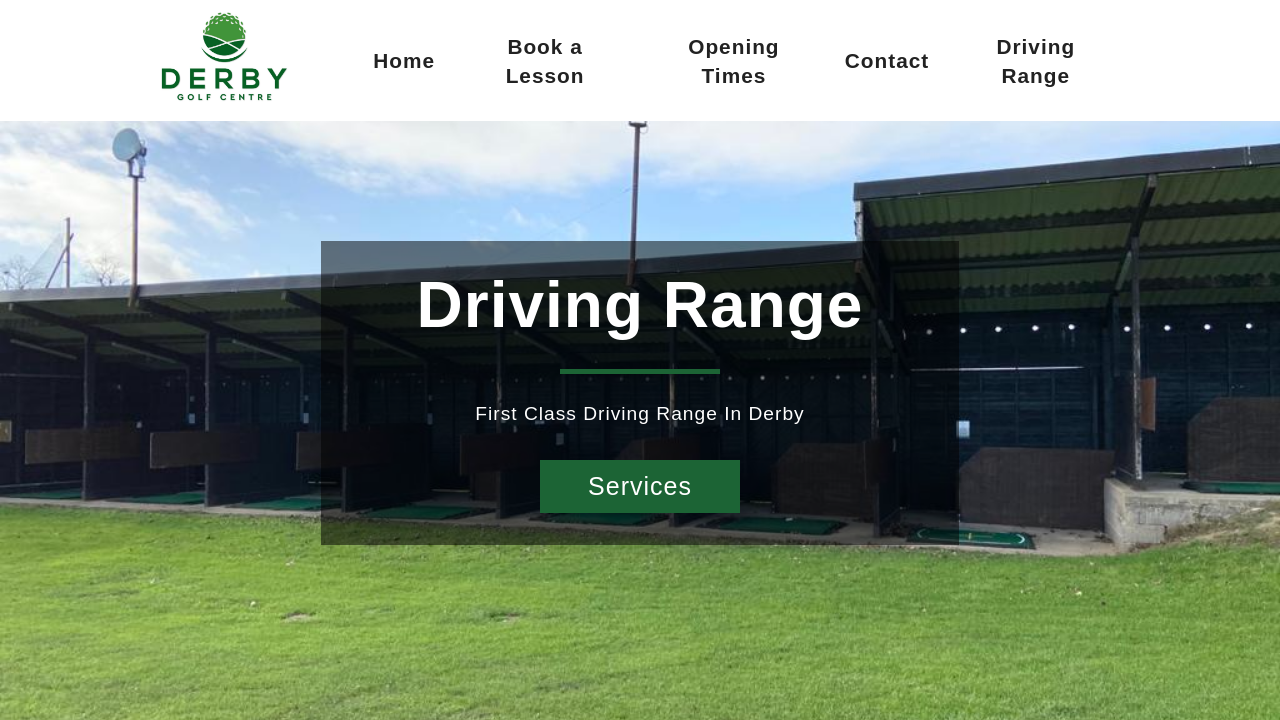
Repository: frankinstyyn/nigeljamesconsulting
Page: /
An editor plug-in stored every save of this project. The page is shown before and after the next save, followed by the edit.
The browser window is 1280 px wide. The pictures show the whole page.
Some web fonts or font styles are not loaded; a fallback is used. The project was rebuilt for these pictures with package versions that can differ from the ones it lists, and the page was loaded fresh each time. Also part of the build but not shown: src/pages/Rooms.js, src/pages/SingleRoom.js, src/pages/Error.js.

Above is the page before, as saved 2021-01-07 22:11:35.

### public/index.html
<!DOCTYPE html>
<html lang="en">
  <head>
    <meta charset="utf-8" />
    <link rel="icon" href="%PUBLIC_URL%/favicon.ico" />
    <meta name="viewport" content="width=device-width, initial-scale=1" />
    <meta name="theme-color" content="#000000" />
    <meta
      name="description"
      content="Web site created using create-react-app"
    />
    <link rel="apple-touch-icon" href="%PUBLIC_URL%/logo192.png" />
    <!--
      manifest.json provides metadata used when your web app is installed on a
      user's mobile device or desktop. See https://developers.google.com/web/fundamentals/web-app-manifest/
    -->
    <link rel="manifest" href="%PUBLIC_URL%/manifest.json" />
    <!--
      Notice the use of %PUBLIC_URL% in the tags above.
      It will be replaced with the URL of the `public` folder during the build.
      Only files inside the `public` folder can be referenced from the HTML.

      Unlike "/favicon.ico" or "favicon.ico", "%PUBLIC_URL%/favicon.ico" will
      work correctly both with client-side routing and a non-root public URL.
      Learn how to configure a non-root public URL by running `npm run build`.
    -->
    <title>Derby Golf Centre</title>
  </head>
  <body>
    <noscript>You need to enable JavaScript to run this app.</noscript>
    <div id="root"></div>
    <!--
      This HTML file is a template.
      If you open it directly in the browser, you will see an empty page.

      You can add webfonts, meta tags, or analytics to this file.
      The build step will place the bundled scripts into the <body> tag.

      To begin the development, run `npm start` or `yarn start`.
      To create a production bundle, use `npm run build` or `yarn build`.
    -->
  </body>
</html>

### src/index.js
import React from "react";
import ReactDOM from "react-dom";
import "./index.css";
import { BrowserRouter as Router } from "react-router-dom";
import App from "./App";
import reportWebVitals from "./reportWebVitals";

ReactDOM.render(
  <Router>
    <App />
  </Router>,
  document.getElementById("root")
);

// If you want to start measuring performance in your app, pass a function
// to log results (for example: reportWebVitals(console.log))
// or send to an analytics endpoint. Learn more: https://bit.ly/CRA-vitals
reportWebVitals();

### src/index.css
@import url("https://fonts.googleapis.com/css2?family=Darker+Grotesque:wght@300;800&display=swap");

body {
  margin: 0;
  font-family: -apple-system, BlinkMacSystemFont, "Segoe UI", "Roboto", "Oxygen",
    "Ubuntu", "Cantarell", "Fira Sans", "Droid Sans", "Helvetica Neue",
    sans-serif;
  -webkit-font-smoothing: antialiased;
  -moz-osx-font-smoothing: grayscale;
}

code {
  font-family: source-code-pro, Menlo, Monaco, Consolas, "Courier New",
    monospace;
}

### src/App.js
import "./App.css";
import Home from "./pages/Home";
import Rooms from "./pages/Rooms";
import SingleRoom from "./pages/SingleRoom";
import Error from "./pages/Error";

import { Route, Switch } from "react-router-dom";

import Navbar from "./components/Navbar";

function App() {
  return (
    <>
      <Navbar />
      <Switch>
        <Route exact path="/" component={Home} />
        <Route exact path="/rooms" component={Rooms} />
        <Route exact path="/rooms/:slug" component={SingleRoom} />
        <Route component={Error} />
      </Switch>
    </>
  );
}

export default App;

### src/App.css
* {
  margin: 0;
  padding: 0;
  box-sizing: border-box;
  font-family: "Darker Grotesque", sans-serif;
}
:root {
  --primaryColor: #1c6435;
  --mainWhite: #fff;
  --offWhite: #f7f7f7;
  --mainBlack: #222;
  --mainGrey: #ececec;
  --darkGrey: #cfcfcf;
  --mainTransition: all 0.3s linear;
  --mainSpacing: 1px;
  --lightShadow: 2px 5px 3px 0px rgba(0, 0, 0, 0.5);
  --darkShadow: 4px 10px 5px 0px rgba(0, 0, 0, 0.5);
}
/* globals */
body {
  padding-top: 66px;
  color: var(--mainBlack);
  background: var(--mainWhite);
  font-family: Verdana, Geneva, Tahoma, sans-serif;
  line-height: 1.4;
}
h1 {
  font-size: 3em;
  line-height: 1;
  margin-bottom: 0.5em;
}
h2 {
  font-size: 2em;
  margin-bottom: 0.75em;
}
h3 {
  font-size: 1.5em;
  line-height: 1;
  margin-bottom: 1em;
}
h4 {
  font-size: 1.2em;
  line-height: 1.25;
  margin-bottom: 1.25em;
}
h5 {
  font-size: 1em;
  font-weight: bold;
  margin-bottom: 1.5em;
}
h6 {
  font-size: 1em;
  font-weight: bold;
  margin-bottom: 1.5em;
}

.btn-primary {
  display: inline-block;
  text-decoration: none;
  letter-spacing: var(--mainSpacing);
  color: var(--mainWhite);
  background: var(--primaryColor);
  padding: 0.4rem 0.9rem;
  border: 3px solid var(--primaryColor);
  transition: var(--mainTransition);
  /* text-transform: uppercase; */
  cursor: pointer;
  width: 200px;
  font-size: 25px;
}
.btn-primary:hover {
  background: transparent;
  color: var(--primaryColor);
}
.loading {
  text-transform: capitalize;
  text-align: center;
  margin-top: 3rem;
}
.error {
  text-align: center;
  text-transform: uppercase;
  margin: 2rem 0;
}
.empty-search {
  text-align: center;
  text-transform: capitalize;
  margin: 2rem 0;
  padding: 1rem;
  letter-spacing: var(--mainSpacing);
}
/* end of globals */
/* Navbar */
.logo {
  height: 91px;
}
.navbar {
  position: fixed;
  top: 0;
  left: 0;
  width: 100%;
  padding: 0.75rem 2rem;
  background: var(--mainWhite);
  z-index: 1;
  display: inline-block;
  vertical-align: middle;
  text-align: center;
}
.nav-header {
  display: flex;
  justify-content: space-between;
}
.nav-btn {
  background: transparent;
  border: none;
  cursor: pointer;
  outline: none;
  color: red;
}
.nav-icon {
  font-size: 1.5rem;
  color: var(--primaryColor);
}
.nav-links {
  height: 0;
  overflow: hidden;
  transition: var(--mainTransition);
  list-style-type: none;
  align-items: center;
}
.nav-links a {
  display: block;
  text-decoration: none;
  padding: 1rem 0;
  color: var(--mainBlack);
  transition: var(--mainTransition);
  text-align: center;
  font-size: 1.3rem;
  font-weight: 600;
  letter-spacing: var(--mainSpacing);
}
.nav-links a:hover {
  color: var(--primaryColor);
}

.show-nav {
  height: 100px;
}
@media screen and (min-width: 768px) {
  .nav-btn {
    display: none;
  }
  .nav-center {
    max-width: 1170px;
    margin: 0 10%;
    display: flex;
  }
  .nav-links {
    height: auto;
    display: flex;
    margin-left: 4rem;
  }
  .nav-links a {
    margin: 0 1rem;
    padding: 0.5rem 0;
  }
}
/* end of navbar */
/* Hero */
.defaultHero,
.roomsHero {
  min-height: calc(100vh - 66px);
  background: url("./images/defaultBcg.jpeg") center/cover no-repeat;
  display: flex;
  align-items: center;
  justify-content: center;
}
.roomsHero {
  background-image: url("./images/room-2.jpeg");
  min-height: 60vh;
}
/* End of Hero */
/* Banner */
.banner {
  display: inline-block;
  background: rgba(0, 0, 0, 0.5);
  color: var(--mainWhite);
  padding: 2rem 1rem;
  text-align: center;
  text-transform: capitalize;
  letter-spacing: var(--mainSpacing);
}
.banner h1 {
  font-size: 2.5rem;
}
.banner div {
  width: 10rem;
  height: 5px;
  background: var(--primaryColor);
  margin: 1.7rem auto;
}
.banner p {
  font-size: 1.2rem;
  margin-bottom: 2rem;
}
@media screen and (min-width: 576px) {
  .banner {
    padding: 2rem 3rem;
  }
  .banner h1 {
    font-size: 3rem;
  }
}
@media screen and (min-width: 992px) {
  .banner {
    padding: 2rem 6rem;
  }
  .banner h1 {
    font-size: 4rem;
  }
}
/* End of Banner */
/* Title */
.section-title {
  text-align: center;
  margin-bottom: 4rem;
}
.section-title h4 {
  font-size: 2rem;
  letter-spacing: var(--mainSpacing);
  text-transform: capitalize;
  margin-bottom: 1rem;
}
.section-title div {
  width: 5rem;
  height: 5px;
  margin: 0 auto;
  background: var(--primaryColor);
}
/* end of Title */

/* services */
.services {
  padding: 5rem 0;
}
.services {
  background: var(--darkGrey);
  text-align: center;
}
.services-center {
  width: 90vw;
  margin: 0 auto;
  display: grid;
  grid-template-columns: repeat(auto-fit, minmax(255px, 1fr));
  grid-row-gap: 2rem;
  grid-column-gap: 50px;
}
.service span {
  display: inline-block;
  color: var(--primaryColor);
  font-size: 2.5rem;
  margin-bottom: 1.5rem;
}
.services h6 {
  letter-spacing: var(--mainSpacing);
}
.services p {
  width: 80%;
  margin: 0 auto;
}
@media screen and (min-width: 992px) {
  .services-center {
    width: 95vw;
    max-width: 1170px;
  }
}

@media screen and (min-width: 1200px) {
  .services p {
    width: 100%;
  }
}
/*end of services */
/* featured rooms */

.featured-rooms {
  padding: 5rem 0;
}
.featured-rooms-center {
  width: 80vw;
  margin: 0 auto;
  display: grid;
  grid-template-columns: repeat(auto-fit, minmax(270px, 1fr));
  grid-row-gap: 2rem;
  grid-column-gap: 40px;
}
@media screen and (min-width: 776px) {
  .featured-rooms-center {
    width: 90vw;
    grid-template-columns: repeat(auto-fit, minmax(330px, 1fr));
  }
}
@media screen and (min-width: 992px) {
  .featured-rooms-center {
    width: 95vw;
    max-width: 1170px;
  }
}
/* end pf featured rooms */
/* room */
.room {
  box-shadow: var(--lightShadow);
  transition: var(--mainTransition);
}
.room:hover {
  box-shadow: var(--darkShadow);
}

.img-container {
  position: relative;
}
.img-container img {
  width: 100%;
  display: block;
  transition: var(--mainTransition);
}
.price-top {
  position: absolute;
  top: 0;
  left: 0;
  background: rgba(0, 0, 0, 0.8);
  color: var(--mainWhite);
  padding: 0.3rem 0.6rem 0.5rem;
  border-bottom-right-radius: 1rem;
  font-size: 0.5rem;
  text-align: center;
  transition: var(--mainTransition);
}
.price-top h6 {
  margin-bottom: 0;
  font-size: 0.9rem;
  font-weight: 300;
  letter-spacing: var(--mainSpacing);
}
.room-link {
  position: absolute;
  top: 50%;
  left: 50%;
  transform: scale(0);
  transition: all 0.3s linear;
}
.img-container:hover {
  background: rgba(0, 0, 0, 0.8);
}
.img-container:hover img {
  opacity: 0.3;
}
.img-container:hover .price-top {
  opacity: 0;
}
.img-container:hover .room-link {
  transform: translate(-50%, -50%) scale(1);
}
.room-info {
  background: var(--darkGrey);
  text-transform: capitalize;
  padding: 0.5rem 0;
  text-align: center;
  font-weight: 700;
  letter-spacing: var(--mainSpacing);
}
/* end of room  */
/* single room*/

.single-room {
  padding: 5rem 0 0 0;
}
.single-room-images {
  width: 80vw;
  margin: 0 auto;
  display: grid;
  grid-template-columns: repeat(auto-fit, minmax(350px, 1fr));
  grid-row-gap: 2rem;
  grid-column-gap: 50px;
}
.single-room-images img {
  width: 100%;
  display: block;
}
.single-room-info {
  width: 80vw;
  display: grid;
  grid-template-columns: 1fr;
  margin: 2rem auto;
}
.desc,
.info {
  margin: 1rem 0;
}
.desc h3 {
  text-transform: capitalize;
  letter-spacing: var(--mainSpacing);
}
.desc p {
  line-height: 1.5;
}
.info h3,
.info h6 {
  text-transform: capitalize;
  letter-spacing: var(--mainSpacing);
}

.info h6 {
  font-weight: 300;
}
.room-extras {
  width: 80vw;
  margin: 0 auto 3rem auto;
}
.room-extras h6 {
  text-transform: capitalize;
  letter-spacing: var(--mainSpacing);
}
.extras {
  list-style-type: none;
  display: grid;
  grid-template-columns: repeat(auto-fit, minmax(330px, 1fr));
  grid-column-gap: 2rem;
  grid-row-gap: 1rem;
}
@media screen and (min-width: 992px) {
  .single-room-images,
  .single-room-info,
  .room-extras {
    width: 95vw;
    max-width: 1170px;
  }
  .single-room-info {
    display: grid;
    grid-template-columns: 1fr 1fr;
    grid-column-gap: 2rem;
  }
  .info {
    padding-left: 3rem;
  }
}
/* end of single room*/
/* roomlist */
.roomslist {
  padding: 5rem 0;
}
.roomslist-center {
  width: 80vw;
  margin: 0 auto;
  display: grid;
  grid-template-columns: repeat(auto-fill, minmax(270px, 1fr));
  grid-row-gap: 2rem;
  grid-column-gap: 30px;
}

@media screen and (min-width: 776px) {
  .roomslist-center {
    width: 90vw;
  }
}
@media screen and (min-width: 992px) {
  .roomslist-center {
    width: 95vw;
    max-width: 1170px;
  }
}
/* end of roomlist */
/*  rooms fitler*/
.filter-container {
  padding: 5rem 0;
}
.filter-form {
  width: 60vw;
  margin: 0 auto;
  display: grid;
  grid-template-columns: repeat(auto-fit, minmax(202px, 1fr));
  grid-row-gap: 2rem;
  grid-column-gap: 40px;
}
.form-group {
  text-transform: capitalize;
}
.form-group label {
  display: block;
  letter-spacing: var(--mainSpacing);
  margin-bottom: 0.5rem;
}
.form-control {
  width: 100%;
  background: transparent;
  font-size: 1rem;
}
.size-inputs {
  display: flex;
}
.size-input {
  width: 40%;
  padding: 0.2rem;
  border: 1px solid var(--mainBlack);
  border-radius: 0.3rem;
  margin-right: 0.3rem;
}
.single-extra label {
  display: inline-block;
  font-size: 0.8rem;
  margin-left: 0.5rem;
}
@media screen and (min-width: 776px) {
  .filter-form {
    width: 70vw;
  }
}
@media screen and (min-width: 992px) {
  .filter-form {
    width: 95vw;
    max-width: 1170px;
  }
}
/* end of rooms fitler*/

### src/pages/Home.js
import React from "react";
import Hero from "../components/Hero";
import Banner from "../components/Banner";
import { Link } from "react-router-dom";

export default function Home() {
  return (
    <Hero hero="defaultHero" >
    <Banner title="Driving Range" subtitle="First class Driving Range in Derby">
      <Link to="/rooms" className="btn-primary">
        Services
      </Link>
    </Banner>
  </Hero>
  )
}

### src/components/Navbar.js
import React, { Component } from "react";
import { IoGolf } from "react-icons/io5";
import logo from "../images/sdrlogo.jpeg";
import { FaAlignRight } from "react-icons/fa";
import { Link } from "react-router-dom";

export default class Navbar extends Component {
  state = {
    isOpen: false,
  }
  handleToggle = () => {
    this.setState({ isOpen: !this.state.isOpen });
  }
  render() {
    return <nav className="navbar">
      <div class="nav-center">
        <div class="nav-header">
          <Link to="/">
            <img className="logo" src={logo} alt="Derby Golf Centre" />
          </Link>
          <button type="button" className="nav-btn" onClick={this.handleToggle}>
            <FaAlignRight className="nav-icon" />
          </button>
        </div>
        <ul className={this.state.isOpen ? "nav-links show-nav" : "nav-links"}>
          <li>
            <Link to="/">Home</Link>
          </li>
          <li>
            <Link to="/lesson">Book a Lesson</Link>
          </li>
          <li>
            <Link to="/opening-times">Opening Times</Link>
          </li>
          <li>
            <Link to="/contact">Contact</Link>
          </li>
          <li>
            <Link to="/driving-range">Driving Range</Link>
          </li>
        </ul>
      </div>
    </nav>;
  }
}

### src/components/Hero.js
import React from 'react'

export default function Hero({children, hero}) {
    return (
        <header className={hero}>{children}</header>
    )
}

### src/components/Banner.js
import React from 'react'

export default function Banner({children,title,subtitle}) {
    return (
        <div className="banner">
            <h1>{title}</h1>
            <div></div>
            <p>{subtitle}</p>
            {children}
        </div>
    )
}

Loaded but not shown: src/reportWebVitals.js (common file)

After the next save:
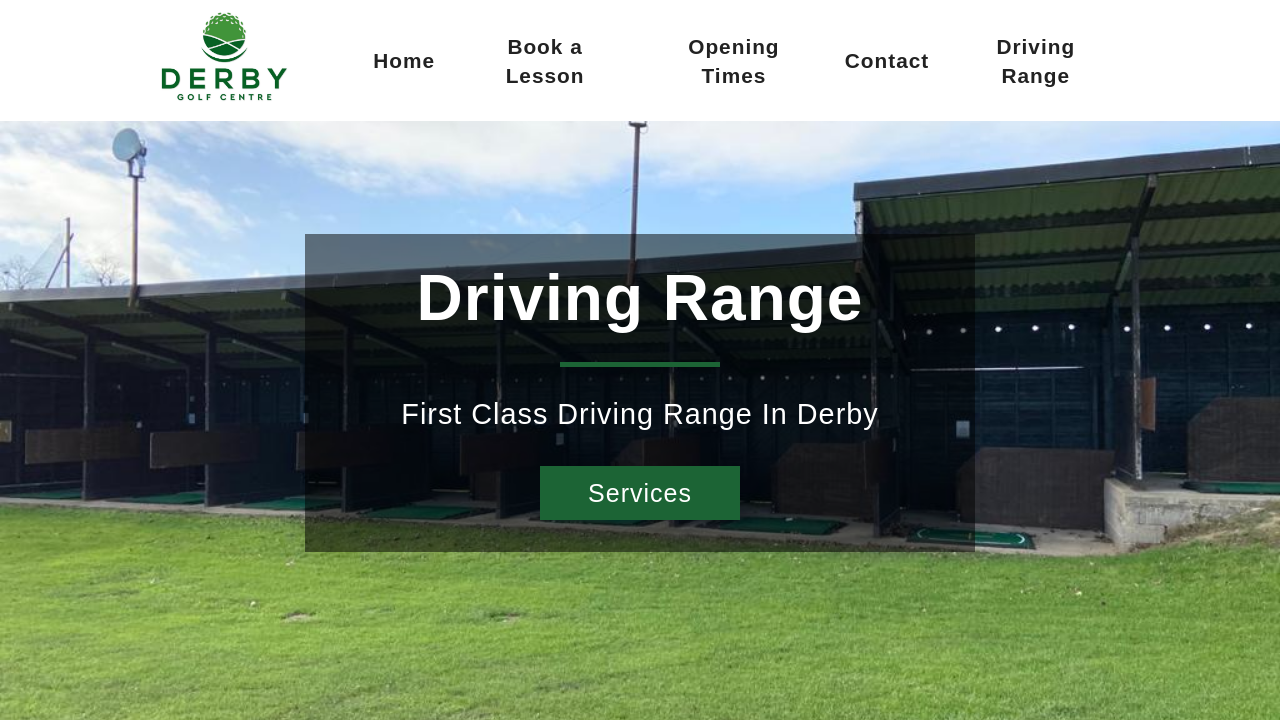
Saved 35 s later.
--- a/src/App.css
+++ b/src/App.css
@@ -200,7 +200,7 @@
   margin: 1.7rem auto;
 }
 .banner p {
-  font-size: 1.2rem;
+  font-size: 1.8rem;
   margin-bottom: 2rem;
 }
 @media screen and (min-width: 576px) {
